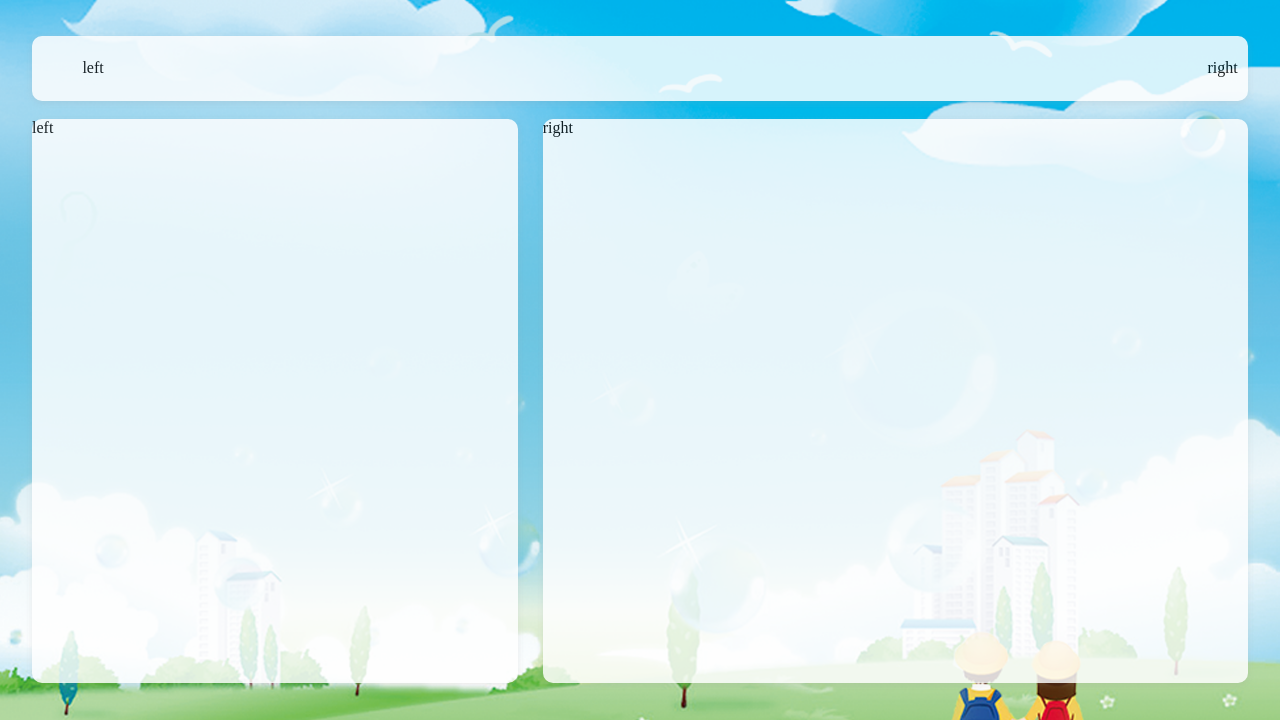
Repository: huangdesheng/classBrand
Page: / (app in classBrand/)
These files come from the project's save history. The page is drawn as it stood at one moment and after the next save; the edit follows.
The browser window is 1280 px wide. The pictures show the whole page.
The project was rebuilt for these pictures with package versions that can differ from the ones it lists, and the page was loaded fresh each time.

Above is the page before, as saved 2019-08-23 09:57:13.

After the next save:
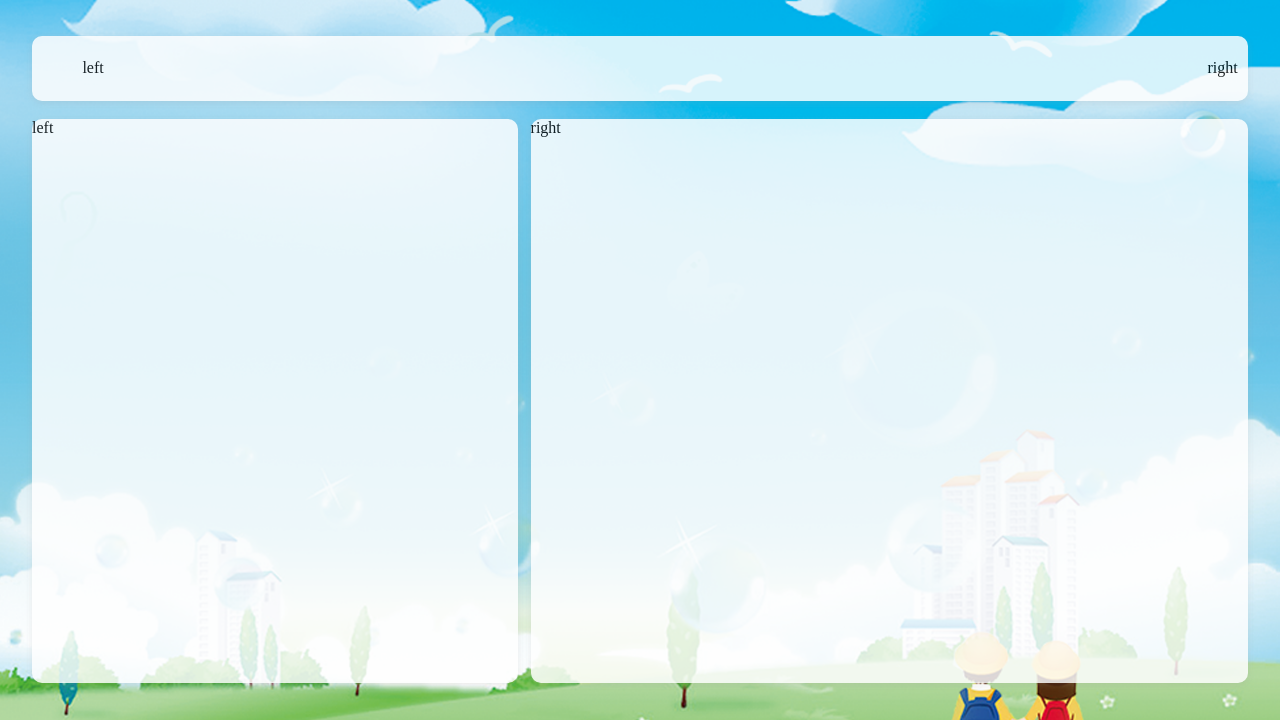
Saved 42 s later.
--- a/classBrand/src/views/index/index.vue
+++ b/classBrand/src/views/index/index.vue
@@ -56,7 +56,7 @@ export default {};
       height: 100%;
       &:nth-of-type(1) {
         width: 40%;
-        margin-right: 2%;
+        margin-right:1%;
       }
       &:nth-of-type(2) {
         flex: 1;
